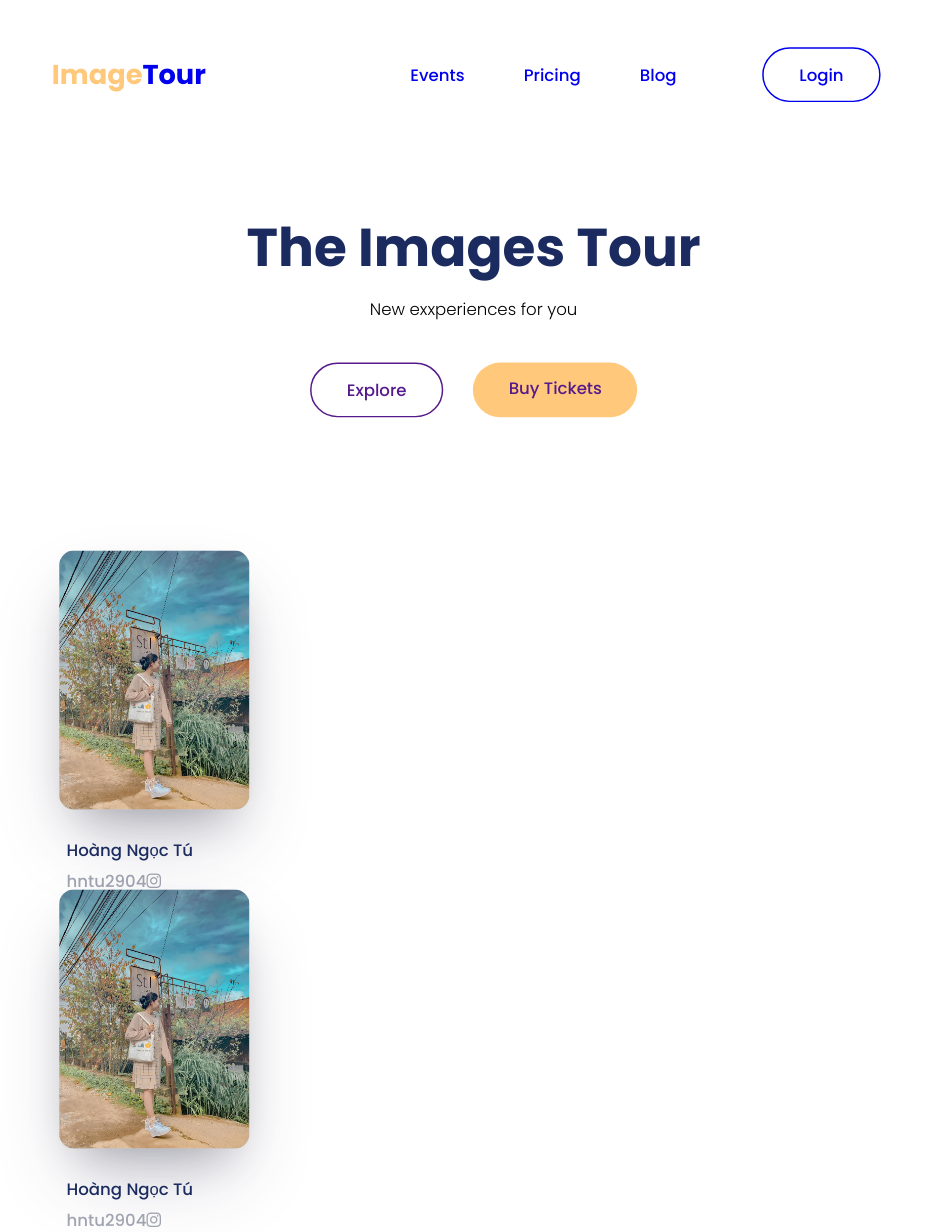
Repository: lausamtuong/Cut-psd-to-html
Page: index.html
An editor plug-in stored every save of this project. The page is shown before and after the next save, followed by the edit.
The browser window is 1280 px wide. The pictures show the whole page, at 74% of full size.
Some web libraries are served in a nearby version. The style sheet was rebuilt from its Sass, Less or Tailwind sources for each picture, by a compiler version that may differ from the author's.

Above is the page before, as saved 2021-12-07 08:06:19.

After the next save:
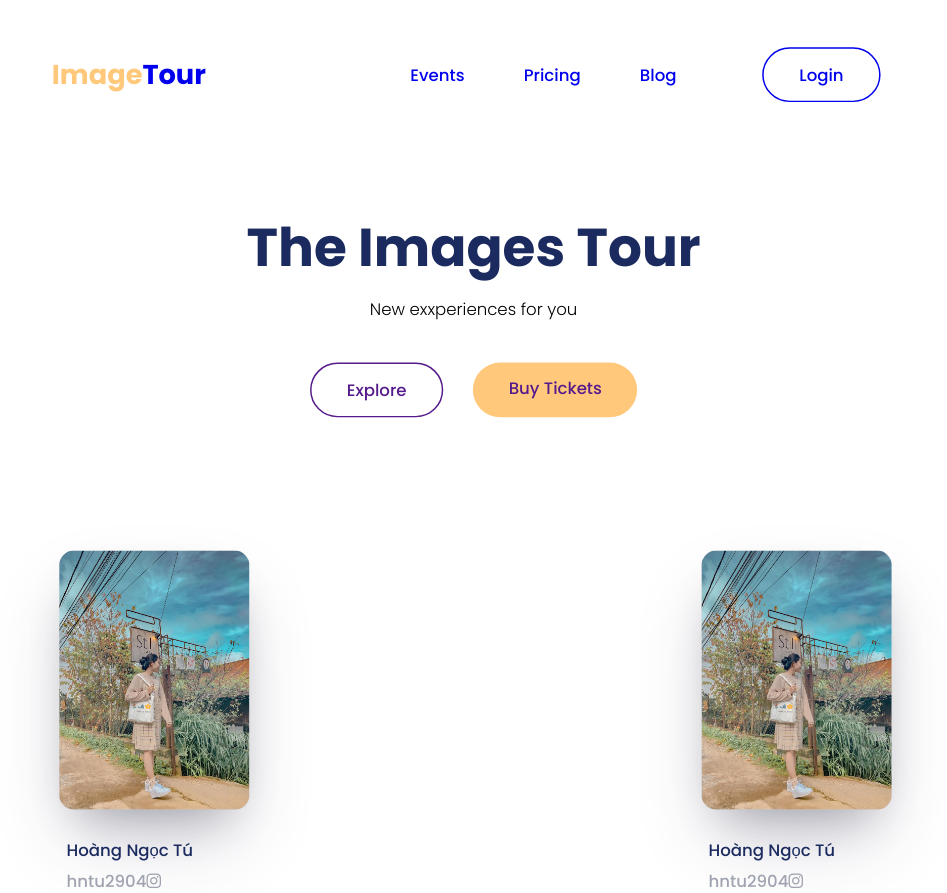
Saved 28 s later.
--- a/app.js
+++ b/app.js
@@ -25,10 +25,10 @@
   }
 
   function App(){
-      return(<div>
+      return(<React.Fragment>
         <Component img="./img/1.jpg" name="Hoàng Ngọc Tú" ins="hntu2904"/>
         <Component img="./img/1.jpg" name="Hoàng Ngọc Tú" ins="hntu2904"/>
-      </div>)
+      </React.Fragment>)
   }
 
   ReactDOM.render(<App/>,document.querySelector(".category-list"))
